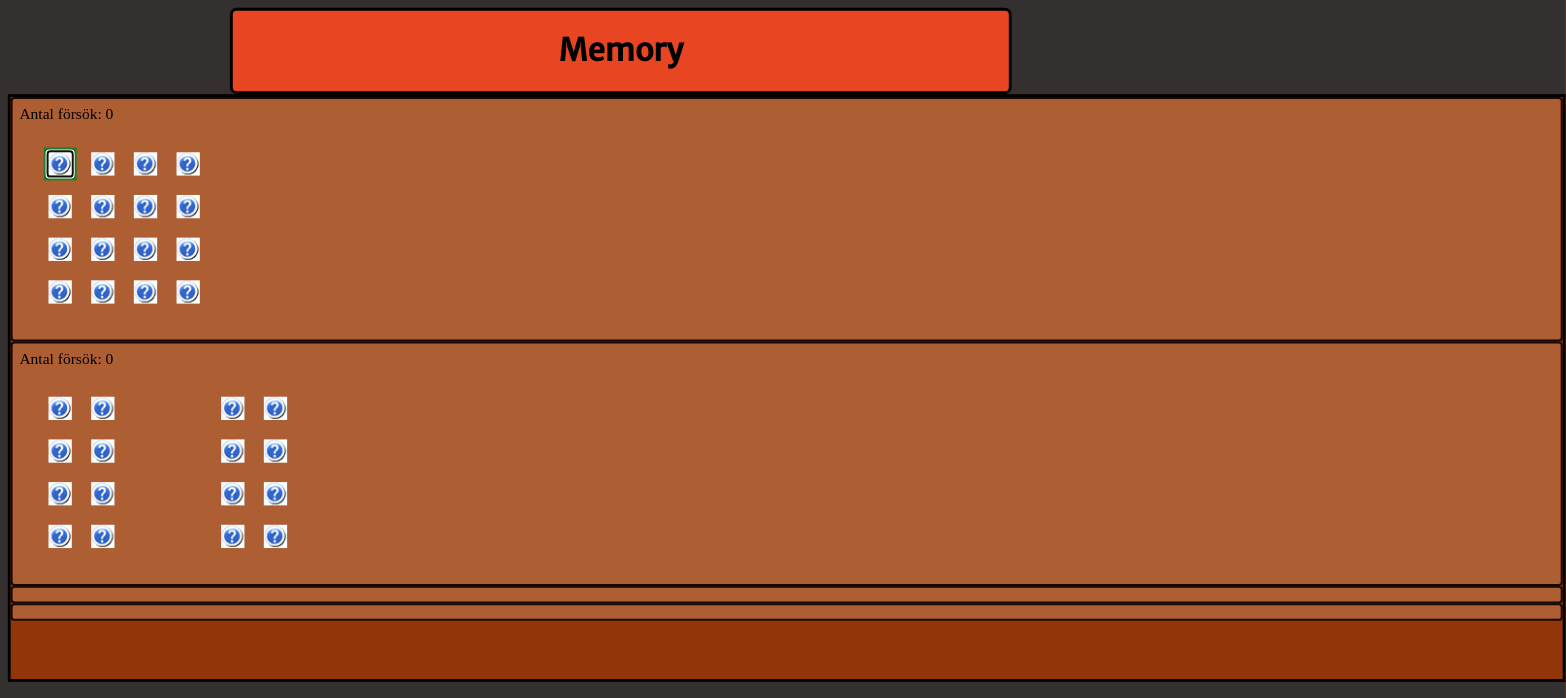
Repository: mi222eh/1dv403-laborationer
Page: 3-gameon/memory/index.html
The author's editor kept a record of every edit. The page is drawn from the files as they stood at one moment, then again after the next edit.
The browser window is 1280 px wide. The page is 1614 px wide, so the pictures cover 1614 px, including what lies to the right of the window. The pictures show the whole page, at 97% of full size.

Above is the page before.

After the next edit:
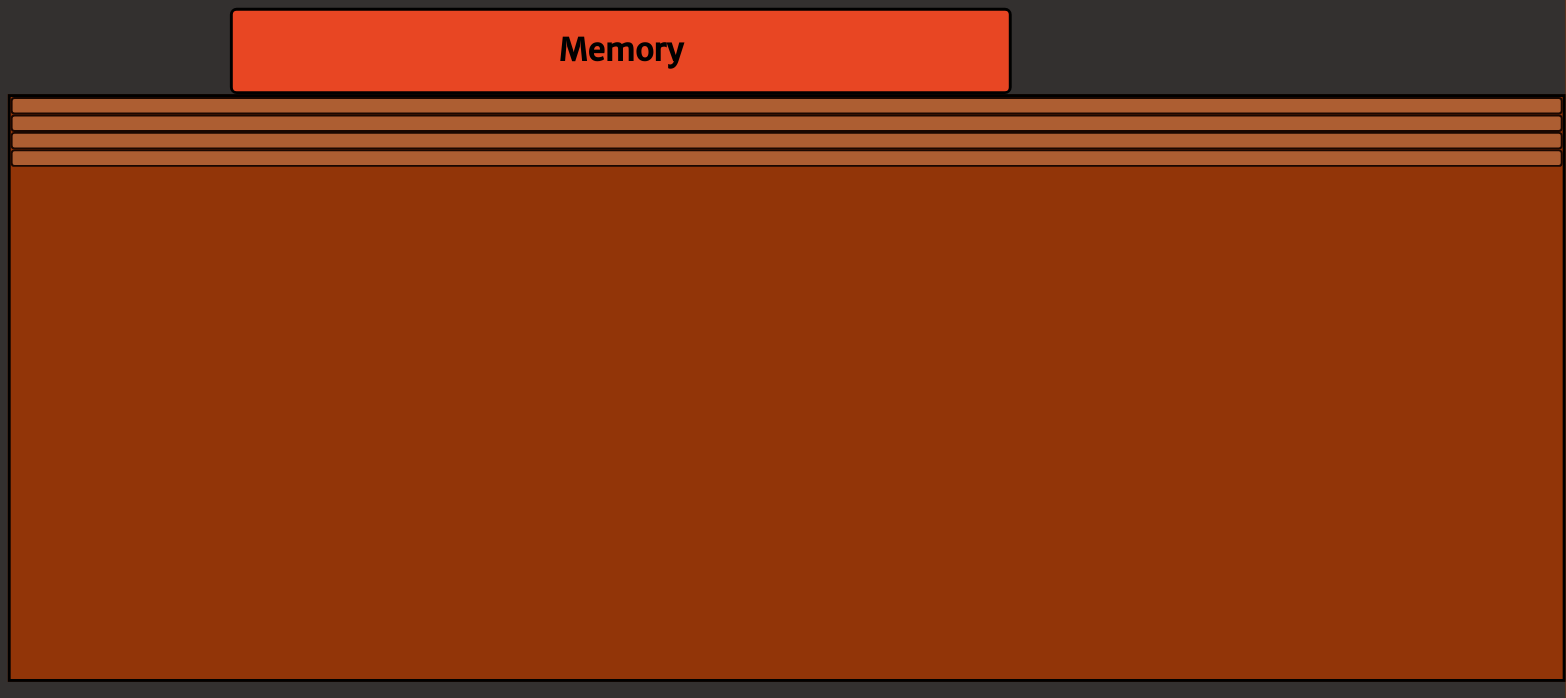
Console error: SyntaxError: Unexpected token '*'
The edit:
--- a/3-gameon/memory/script/memory.js
+++ b/3-gameon/memory/script/memory.js
@@ -102,7 +102,7 @@
     MemoryGame.prototype.generateGame = function(){
         var _this = this;
 
-        /*//<--bara för test-->//
+        //<--bara för test-->//
         var resetButton = document.createElement('button');
         var resetText = document.createTextNode("Reset");
         resetButton.appendChild(resetText);

After the edit that followed:
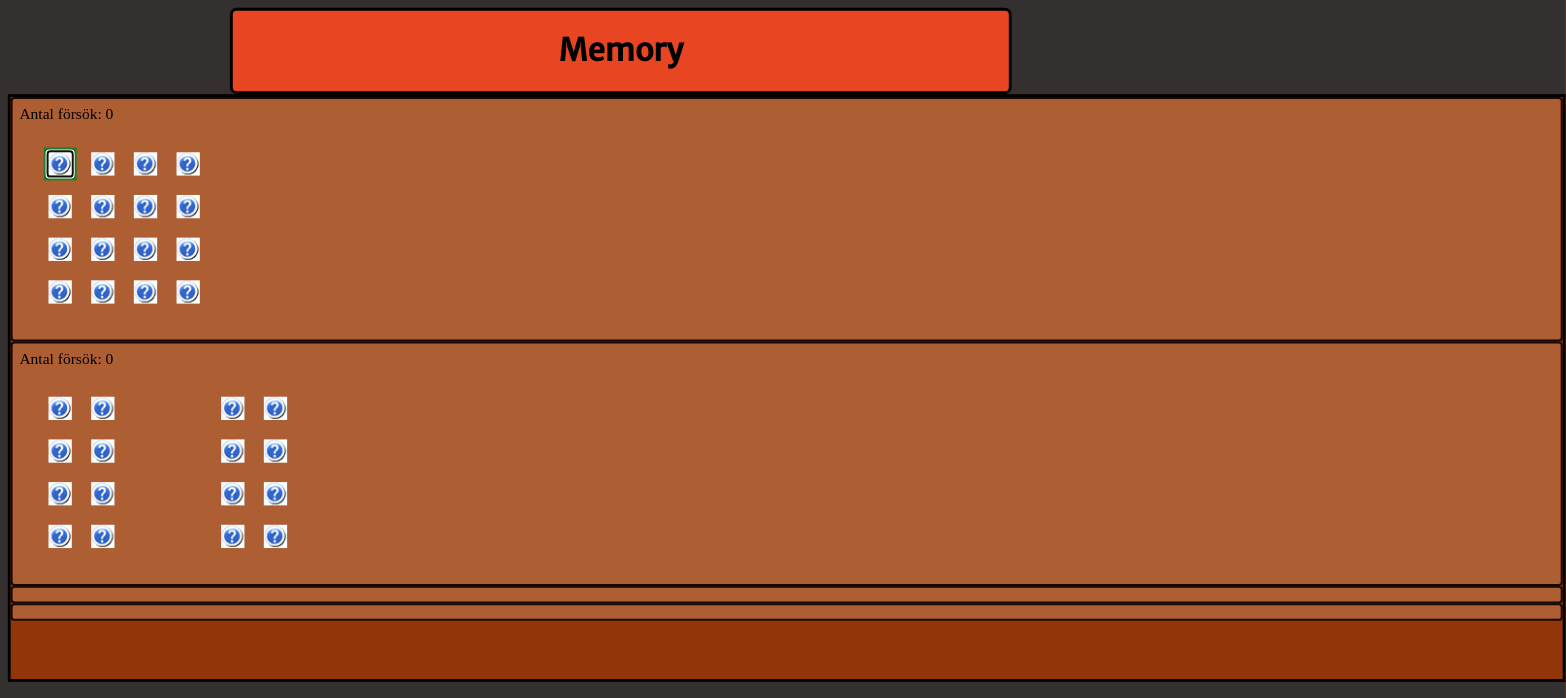
The error is gone.
The edit:
--- a/3-gameon/memory/script/memory.js
+++ b/3-gameon/memory/script/memory.js
@@ -113,7 +113,7 @@
 
 
         //<--slut på test-->//
-        */
+
         //Generar allt gemensamt här...
         var gameInfoDiv = document.createElement('div');
         var textNode = document.createTextNode('Antal försök: ');
